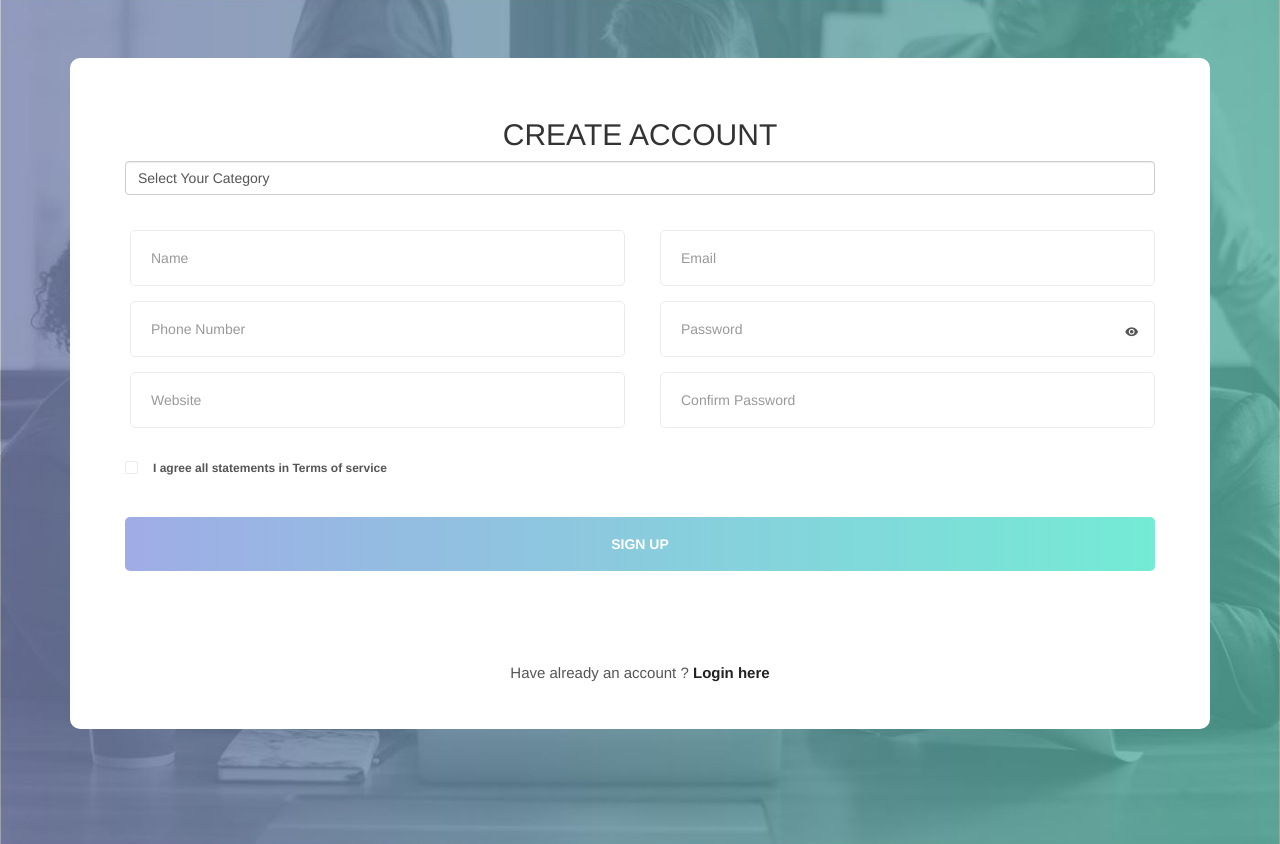
Repository: zainbt/Career_Bridge
Page: static/register/register.html
The author's editor kept a copy of each file at every save. The page is drawn from the files as they stood at one save, then again after the next save.
The browser window is 1280 px wide. The pictures show the whole page.

Above is the page before, as saved 2019-11-18 18:33:47.

### static/register/register.html
<!DOCTYPE html>
<html lang="en">

<head>
    <meta charset="UTF-8">
    <meta name="viewport" content="width=device-width, initial-scale=1.0">
    <meta http-equiv="X-UA-Compatible" content="ie=edge">
    <title>Sign Up Form by Colorlib</title>

    <!-- Font Icon -->
    <link rel="stylesheet" href="fonts/material-icon/css/material-design-iconic-font.min.css">

    <!-- Main css -->
    <link rel="stylesheet" href="css/style.css">
    <link rel="stylesheet" href="https://maxcdn.bootstrapcdn.com/bootstrap/3.4.0/css/bootstrap.min.css">

</head>

<body>

    <div class="main">

        <section class="signup">
            <!-- <img src="images/signup-bg.jpg" alt=""> -->
            <div class="container">
                <div class="signup-content">
                    <form method="POST" id="signup-form" class="signup-form">
                        <h2 class="form-title">Create account</h2>
                        <div class="form-group">
                            <select class="form-control">
                                <option>Select Your Category</option>
                                <option>Company</option>
                                <option>University</option>
                            </select>
                        </div>
                        <div class="row">
                            <div class="col-md-6 textFields">
                                <div class="form-group">
                                    <input type="text" class="form-input" name="name" id="name" placeholder="Name" />
                                </div>
                                <div class="form-group">
                                    <input type="number" class="form-input" name="number" id="name" placeholder="Phone Number" />
                                </div>
                                <div class="form-group">
                                    <input type="url" class="form-input" name="website" id="name" placeholder="Website" />
                                </div>
                            </div>

                            <div class="col-md-6 textFields">
                                <div class="form-group">
                                    <input type="email" class="form-input" name="email" id="email" placeholder="Email" />
                                </div>
                                <div class="form-group">
                                    <input type="password" class="form-input" name="password" id="password" placeholder="Password" />
                                    <span toggle="#password" class="zmdi zmdi-eye field-icon toggle-password"></span>
                                </div>
                                <div class="form-group">
                                    <input type="password" class="form-input" name="re_password" id="re_password" placeholder="Confirm Password" />
                                </div>
                            </div>
                        </div>
                        <div class="form-group">
                            <input type="checkbox" name="agree-term" id="agree-term" class="agree-term" />
                            <label for="agree-term" class="label-agree-term"><span><span></span></span>I agree all statements in  <a href="#" class="term-service">Terms of service</a></label>
                        </div>
                        <div class="form-group">
                            <input type="submit" name="submit" id="submit" class="form-submit" value="Sign up" />
                        </div>
                    </form>
                    <p class="loginhere">
                        Have already an account ? <a href="signUp.html" class="loginhere-link">Login here</a>
                    </p>

                    <!--

                                                        <input type="text" class="form-input" name="name" id="name" placeholder="Name" />
                                <input type="number" class="form-input" name="number" id="name" placeholder="Phone Number" />
                                <input type="url" class="form-input" name="website" id="name" placeholder="Website" />

                    -->


                </div>
            </div>
        </section>

    </div>

    <!-- JS -->
    <script src="vendor/jquery/jquery.min.js"></script>
    <script src="js/main.js"></script>
</body>
<!-- This templates was made by Colorlib (https://colorlib.com) -->

</html>

### static/register/css/style.css
.row {
    display: flex;
}

.textFields {
    margin-top: 10px;
    margin-left: 5px;
}


/* @extend display-flex; */

display-flex,
.display-flex,
.display-flex-center {
    display: flex;
    display: -webkit-flex;
}


/* @extend list-type-ulli; */

list-type-ulli {
    list-style-type: none;
    margin: 0;
    padding: 0;
}


/* Montserrat-300 - latin */

@font-face {
    font-family: 'Montserrat';
    font-style: normal;
    font-weight: 300;
    src: url("../fonts/montserrat/Montserrat-Light.ttf");
    /* IE9 Compat Modes */
}

@font-face {
    font-family: 'Montserrat';
    font-style: normal;
    font-weight: 400;
    src: url("../fonts/montserrat/Montserrat-Regular.ttf");
    /* IE9 Compat Modes */
}

@font-face {
    font-family: 'Montserrat';
    font-style: italic;
    font-weight: 400;
    src: url("../fonts/montserrat/Montserrat-Italic.ttf");
    /* IE9 Compat Modes */
}

@font-face {
    font-family: 'Montserrat';
    font-style: normal;
    font-weight: 500;
    src: url("../fonts/montserrat/Montserrat-Medium.ttf");
    /* IE9 Compat Modes */
}

@font-face {
    font-family: 'Montserrat';
    font-style: normal;
    font-weight: 600;
    src: url("../fonts/montserrat/Montserrat-SemiBold.ttf");
    /* IE9 Compat Modes */
}

@font-face {
    font-family: 'Montserrat';
    font-style: normal;
    font-weight: 700;
    src: url("../fonts/montserrat/Montserrat-Bold.ttf");
    /* IE9 Compat Modes */
}

@font-face {
    font-family: 'Montserrat';
    font-style: italic;
    font-weight: 700;
    src: url("../fonts/montserrat/Montserrat-BoldItalic.ttf");
    /* IE9 Compat Modes */
}

@font-face {
    font-family: 'Montserrat';
    font-style: italic;
    font-weight: 900;
    src: url("../fonts/montserrat/montserrat-v12-latin-900.ttf"), url("../fonts/montserrat/montserrat-v12-latin-900.eot") format("embedded-opentype"), url("../fonts/montserrat/montserrat-v12-latin-900.svg") format("woff2"), url("../fonts/montserrat/montserrat-v12-latin-900.woff") format("woff"), url("../fonts/montserrat/montserrat-v12-latin-900.woff2") format("truetype");
}

a:focus,
a:active {
    text-decoration: none;
    outline: none;
    transition: all 300ms ease 0s;
    -moz-transition: all 300ms ease 0s;
    -webkit-transition: all 300ms ease 0s;
    -o-transition: all 300ms ease 0s;
    -ms-transition: all 300ms ease 0s;
}

input,
select,
textarea {
    outline: none;
    appearance: unset !important;
    -moz-appearance: unset !important;
    -webkit-appearance: unset !important;
    -o-appearance: unset !important;
    -ms-appearance: unset !important;
}

input::-webkit-outer-spin-button,
input::-webkit-inner-spin-button {
    appearance: none !important;
    -moz-appearance: none !important;
    -webkit-appearance: none !important;
    -o-appearance: none !important;
    -ms-appearance: none !important;
    margin: 0;
}

input:focus,
select:focus,
textarea:focus {
    outline: none;
    box-shadow: none !important;
    -moz-box-shadow: none !important;
    -webkit-box-shadow: none !important;
    -o-box-shadow: none !important;
    -ms-box-shadow: none !important;
}

input[type=checkbox] {
    appearance: checkbox !important;
    -moz-appearance: checkbox !important;
    -webkit-appearance: checkbox !important;
    -o-appearance: checkbox !important;
    -ms-appearance: checkbox !important;
}

input[type=radio] {
    appearance: radio !important;
    -moz-appearance: radio !important;
    -webkit-appearance: radio !important;
    -o-appearance: radio !important;
    -ms-appearance: radio !important;
}

img {
    max-width: 100%;
    height: auto;
}

figure {
    margin: 0;
}

p {
    margin-bottom: 0px;
    font-size: 15px;
    color: #777;
}

h2 {
    line-height: 1.66;
    margin: 0;
    padding: 0;
    font-weight: 900;
    color: #222;
    font-family: 'Montserrat';
    font-size: 24px;
    text-transform: uppercase;
    text-align: center;
    margin-bottom: 40px;
}

.clear {
    clear: both;
}

body {
    font-size: 14px;
    line-height: 1.8;
    color: #222;
    font-weight: 400;
    font-family: 'Montserrat';
    background-image: url("../images/signup-bg.jpg");
    background-repeat: no-repeat;
    background-size: cover;
    -moz-background-size: cover;
    -webkit-background-size: cover;
    -o-background-size: cover;
    -ms-background-size: cover;
    background-position: center center;
    padding: 115px 0;
}

.container {
    width: 660px;
    position: relative;
    margin: 0 auto;
}

.display-flex {
    justify-content: space-between;
    -moz-justify-content: space-between;
    -webkit-justify-content: space-between;
    -o-justify-content: space-between;
    -ms-justify-content: space-between;
    align-items: center;
    -moz-align-items: center;
    -webkit-align-items: center;
    -o-align-items: center;
    -ms-align-items: center;
}

.display-flex-center {
    justify-content: center;
    -moz-justify-content: center;
    -webkit-justify-content: center;
    -o-justify-content: center;
    -ms-justify-content: center;
    align-items: center;
    -moz-align-items: center;
    -webkit-align-items: center;
    -o-align-items: center;
    -ms-align-items: center;
}

.position-center {
    position: absolute;
    top: 50%;
    left: 50%;
    transform: translate(-50%, -50%);
    -moz-transform: translate(-50%, -50%);
    -webkit-transform: translate(-50%, -50%);
    -o-transform: translate(-50%, -50%);
    -ms-transform: translate(-50%, -50%);
}

.signup-content {
    position: relative;
    margin-top: -5%;
    background: #fff;
    border-radius: 10px;
    -moz-border-radius: 10px;
    -webkit-border-radius: 10px;
    -o-border-radius: 10px;
    -ms-border-radius: 10px;
    padding: 40px 55px;
}

.form-group {
    margin-top: 10px;
    overflow: hidden;
    margin-bottom: 20px;
}

.form-input {
    width: 100%;
    border: 1px solid #ebebeb;
    border-radius: 5px;
    -moz-border-radius: 5px;
    -webkit-border-radius: 5px;
    -o-border-radius: 5px;
    -ms-border-radius: 5px;
    padding: 17px 20px;
    box-sizing: border-box;
    font-size: 14px;
    font-weight: 500;
    color: #222;
}

.form-input::-webkit-input-placeholder {
    color: #999;
}

.form-input::-moz-placeholder {
    color: #999;
}

.form-input:-ms-input-placeholder {
    color: #999;
}

.form-input:-moz-placeholder {
    color: #999;
}

.form-input::-webkit-input-placeholder {
    font-weight: 500;
}

.form-input::-moz-placeholder {
    font-weight: 500;
}

.form-input:-ms-input-placeholder {
    font-weight: 500;
}

.form-input:-moz-placeholder {
    font-weight: 500;
}

.form-input:focus {
    border: 1px solid transparent;
    -webkit-border-image-source: -webkit-linear-gradient(to right, #9face6, #74ebd5);
    -moz-border-image-source: -moz-linear-gradient(to right, #9face6, #74ebd5);
    -o-border-image-source: -o-linear-gradient(to right, #9face6, #74ebd5);
    border-image-source: linear-gradient(to right, #9face6, #74ebd5);
    -webkit-border-image-slice: 1;
    border-image-slice: 1;
    border-radius: 5px;
    -moz-border-radius: 5px;
    -webkit-border-radius: 5px;
    -o-border-radius: 5px;
    -ms-border-radius: 5px;
    background-origin: border-box;
    background-clip: content-box, border-box;
}

.form-input:focus::-webkit-input-placeholder {
    color: #222;
}

.form-input:focus::-moz-placeholder {
    color: #222;
}

.form-input:focus:-ms-input-placeholder {
    color: #222;
}

.form-input:focus:-moz-placeholder {
    color: #222;
}

.form-submit {
    width: 100%;
    border-radius: 5px;
    -moz-border-radius: 5px;
    -webkit-border-radius: 5px;
    -o-border-radius: 5px;
    -ms-border-radius: 5px;
    padding: 17px 20px;
    box-sizing: border-box;
    font-size: 14px;
    font-weight: 700;
    color: #fff;
    text-transform: uppercase;
    border: none;
    background-image: -moz-linear-gradient(to left, #74ebd5, #9face6);
    background-image: -ms-linear-gradient(to left, #74ebd5, #9face6);
    background-image: -o-linear-gradient(to left, #74ebd5, #9face6);
    background-image: -webkit-linear-gradient(to left, #74ebd5, #9face6);
    background-image: linear-gradient(to left, #74ebd5, #9face6);
}

input[type=checkbox]:not(old) {
    width: 2em;
    margin: 0;
    padding: 0;
    font-size: 1em;
    display: none;
}

input[type=checkbox]:not(old)+label {
    display: inline-block;
    margin-top: 7px;
    margin-bottom: 25px;
}

input[type=checkbox]:not(old)+label>span {
    display: inline-block;
    width: 13px;
    height: 13px;
    margin-right: 15px;
    margin-bottom: 3px;
    border: 1px solid #ebebeb;
    border-radius: 2px;
    -moz-border-radius: 2px;
    -webkit-border-radius: 2px;
    -o-border-radius: 2px;
    -ms-border-radius: 2px;
    background: white;
    background-image: -moz-linear-gradient(white, white);
    background-image: -ms-linear-gradient(white, white);
    background-image: -o-linear-gradient(white, white);
    background-image: -webkit-linear-gradient(white, white);
    background-image: linear-gradient(white, white);
    vertical-align: bottom;
}

input[type=checkbox]:not(old):checked+label>span {
    background-image: -moz-linear-gradient(white, white);
    background-image: -ms-linear-gradient(white, white);
    background-image: -o-linear-gradient(white, white);
    background-image: -webkit-linear-gradient(white, white);
    background-image: linear-gradient(white, white);
}

input[type=checkbox]:not(old):checked+label>span:before {
    content: '\f26b';
    display: block;
    color: #222;
    font-size: 11px;
    line-height: 1.2;
    text-align: center;
    font-family: 'Material-Design-Iconic-Font';
    font-weight: bold;
}

.label-agree-term {
    font-size: 12px;
    font-weight: 600;
    color: #555;
}

.term-service {
    color: #555;
}

.loginhere {
    color: #555;
    font-weight: 500;
    text-align: center;
    margin-top: 91px;
    margin-bottom: 5px;
}

.loginhere-link {
    font-weight: 700;
    color: #222;
}

.field-icon {
    float: right;
    margin-right: 17px;
    margin-top: -32px;
    position: relative;
    z-index: 2;
    color: #555;
}

@media screen and (max-width: 768px) {
    .container {
        width: calc(100% - 40px);
        max-width: 100%;
    }
}

@media screen and (max-width: 480px) {
    .signup-content {
        padding: 50px 25px;
    }
}


/*# sourceMappingURL=style.css.map */

Loaded but not shown: static/register/fonts/material-icon/css/material-design-iconic-font.min.css (library); static/register/vendor/jquery/jquery.min.js (library); static/register/js/main.js (common file)

After the next save:
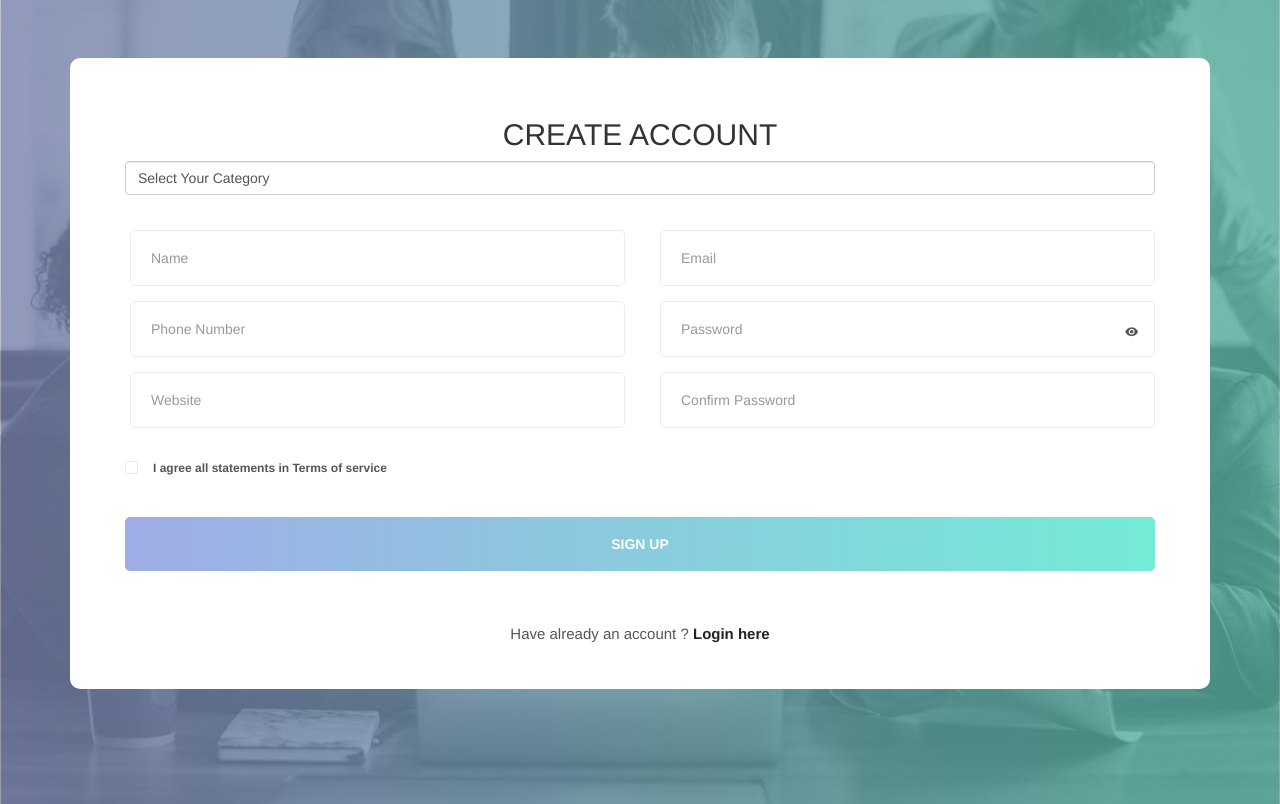
Saved 80 s later.
--- a/static/register/css/style.css
+++ b/static/register/css/style.css
@@ -430,7 +430,7 @@ input[type=checkbox]:not(old):checked+label>span:before {
     color: #555;
     font-weight: 500;
     text-align: center;
-    margin-top: 91px;
+    margin-top: 5%;
     margin-bottom: 5px;
 }
 
